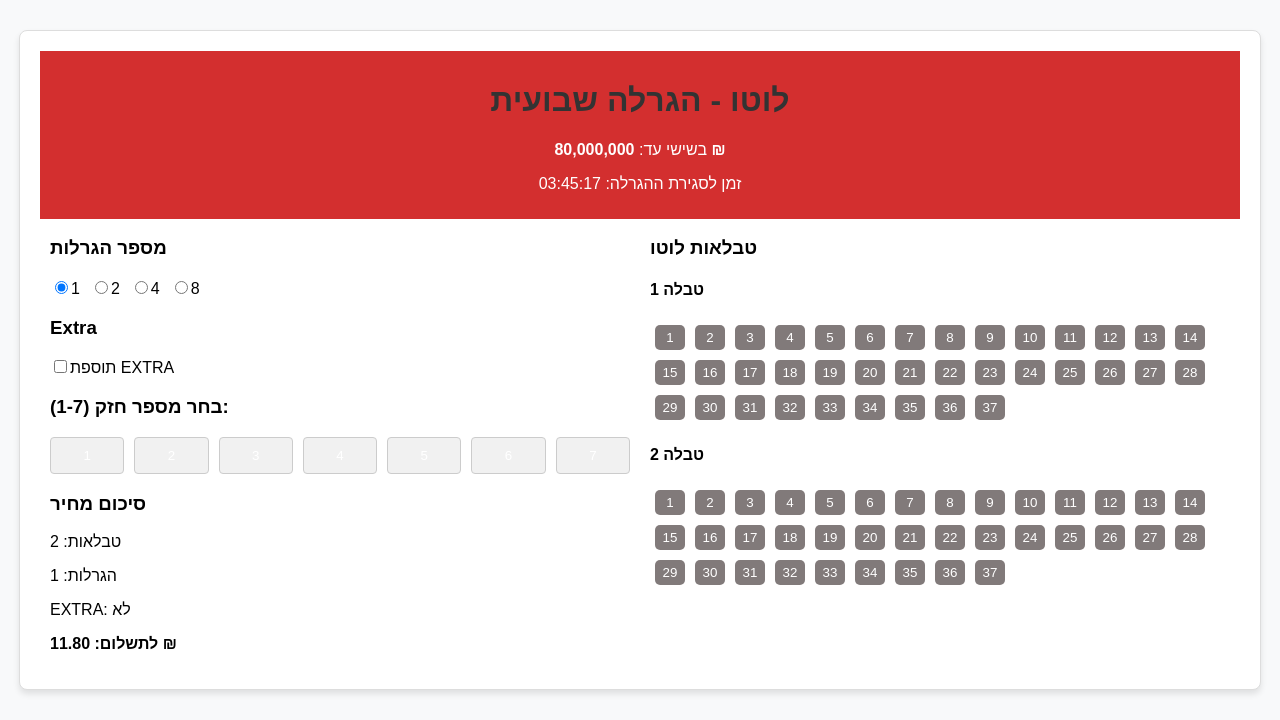
Repository: Giltih/LottoForm1
Page: /
These files come from the project's save history. The page is drawn as it stood at one moment and after a run of saves; the edit follows.
The browser window is 1280 px wide. The pictures show the whole page.
The project was rebuilt for these pictures with package versions that can differ from the ones it lists, and the page was loaded fresh each time. Also part of the build but not shown: vite.config.ts.

Above is the page before, as saved 2025-01-23 11:37:31.

After the next 4 saves:
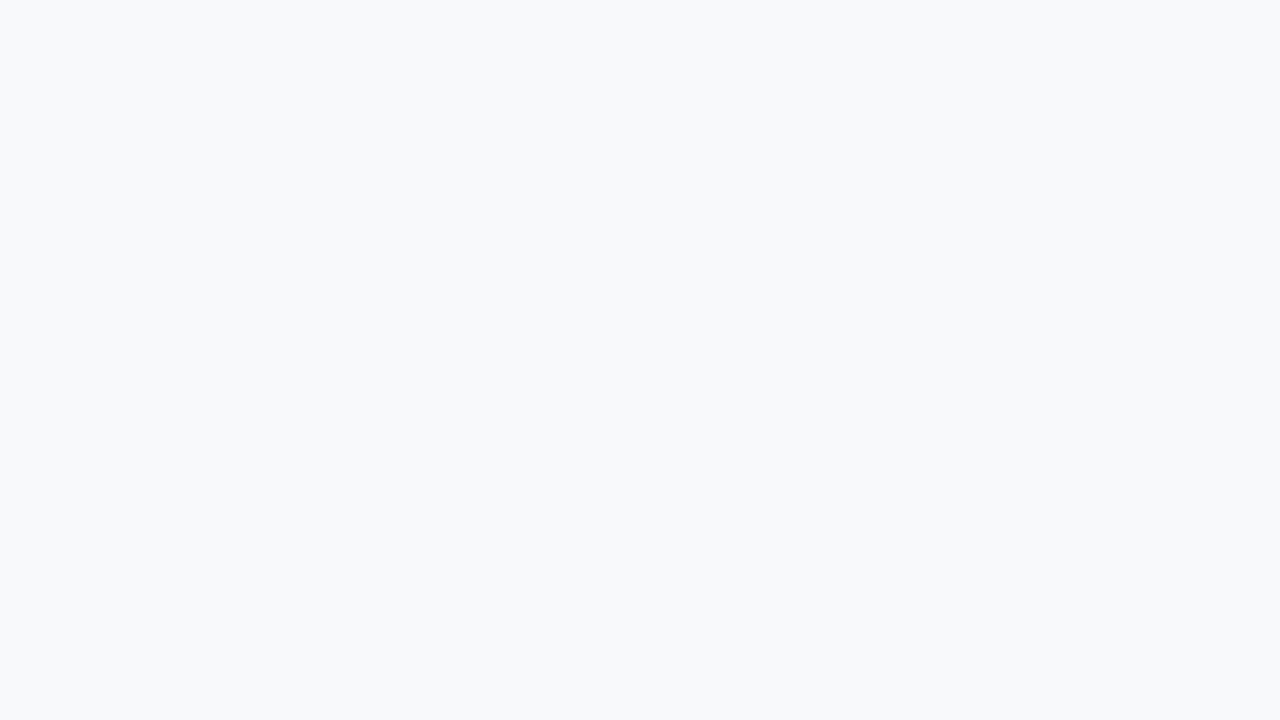
Console error: ReferenceError: LottoTables is not defined
The 4 saves are shown as one change because they came seconds apart.
The last was saved 17 s later.
--- a/src/App.tsx
+++ b/src/App.tsx
@@ -3,7 +3,7 @@ import Header from './components/Header';
 import LotteryAmountSelector from './components/LotteryAmountSelector';
 import ExtraOption from './components/ExtraOption';
 import StrongNumberSelector from './components/StrongNumberSelector';
-import LottoTables from './components/LottoForm';
+import LottoForm from './components/LottoForm';
 import PriceSummary from './components/PriceSummary';
 import './App.css';
 

After the 3 saves that followed:
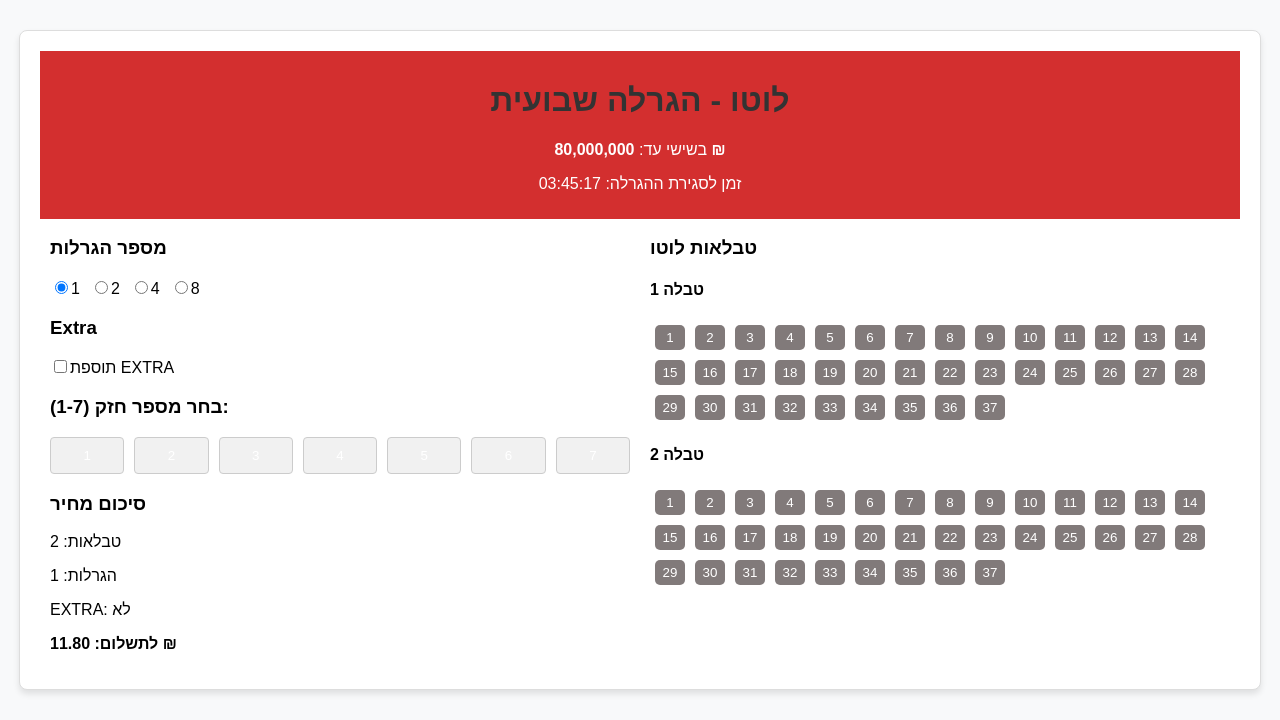
The error is gone.
The 3 saves are shown as one change because 1 did not build or start and 1 left the picture as it was.
The last was saved 21 s later.
--- a/src/App.tsx
+++ b/src/App.tsx
@@ -41,7 +41,7 @@ const App: React.FC = () => {
           <PriceSummary tables={tableCount} draws={draws} isExtraSelected={isExtraSelected} />
         </div>
         <div className="right-section">
-          <LottoTables
+          <LottoForm
             tableCount={tableCount}
             selectedNumbers={selectedNumbers}
             onNumberSelect={handleNumberSelect}
